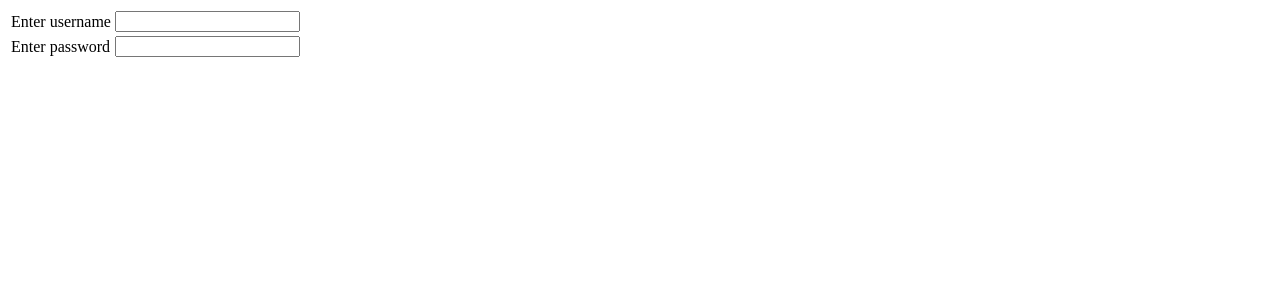
Repository: nikunj-var/Advance_Java
Page: jsp_user/src/main/webapp/login_form.html
These files come from the project's save history. The page is drawn as it stood at one moment and after the next save; the edit follows.
The browser window is 1280 px wide. The pictures show the whole page.

Above is the page before, as saved 2023-07-15 15:00:19.

### jsp_user/src/main/webapp/login_form.html
<!DOCTYPE html>
<html>
<head>
<meta charset="UTF-8">
<title>Insert title here</title>
</head>
<body>
	<form>
		<table>
			<tr>
				<td>
					<label>Enter username</label>
				</td>
				<td>
					<input type="text" name="username" required>
				</td>
			</tr>
			<tr>
				<td>
					<label>Enter password</label>
				</td>
				<td>
					<input type="password" name="password" required>
				</td>
			</tr>
		</table>
	</form>
</body>
</html>

After the next save:
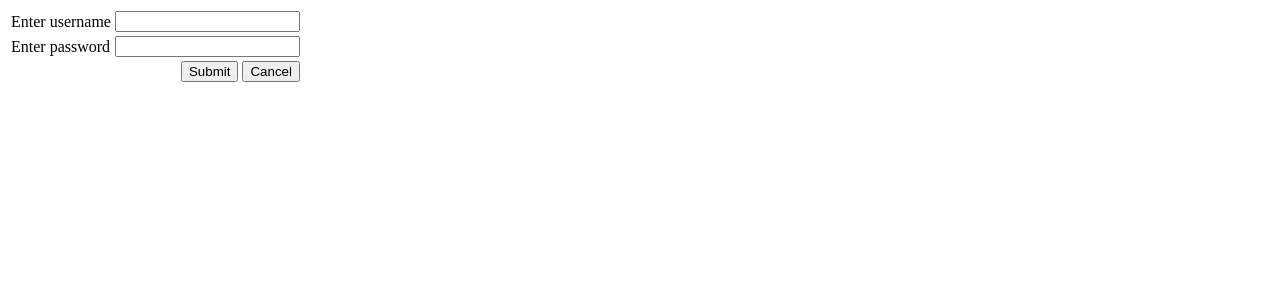
Saved 2 min 11 s later.
--- a/jsp_user/src/main/webapp/login_form.html
+++ b/jsp_user/src/main/webapp/login_form.html
@@ -23,6 +23,12 @@
 					<input type="password" name="password" required>
 				</td>
 			</tr>
+			<tr>
+				<td colspan="2" align="right">
+					<button>Submit</button>
+					<button>Cancel</button>
+				</td>
+			</tr>
 		</table>
 	</form>
 </body>
